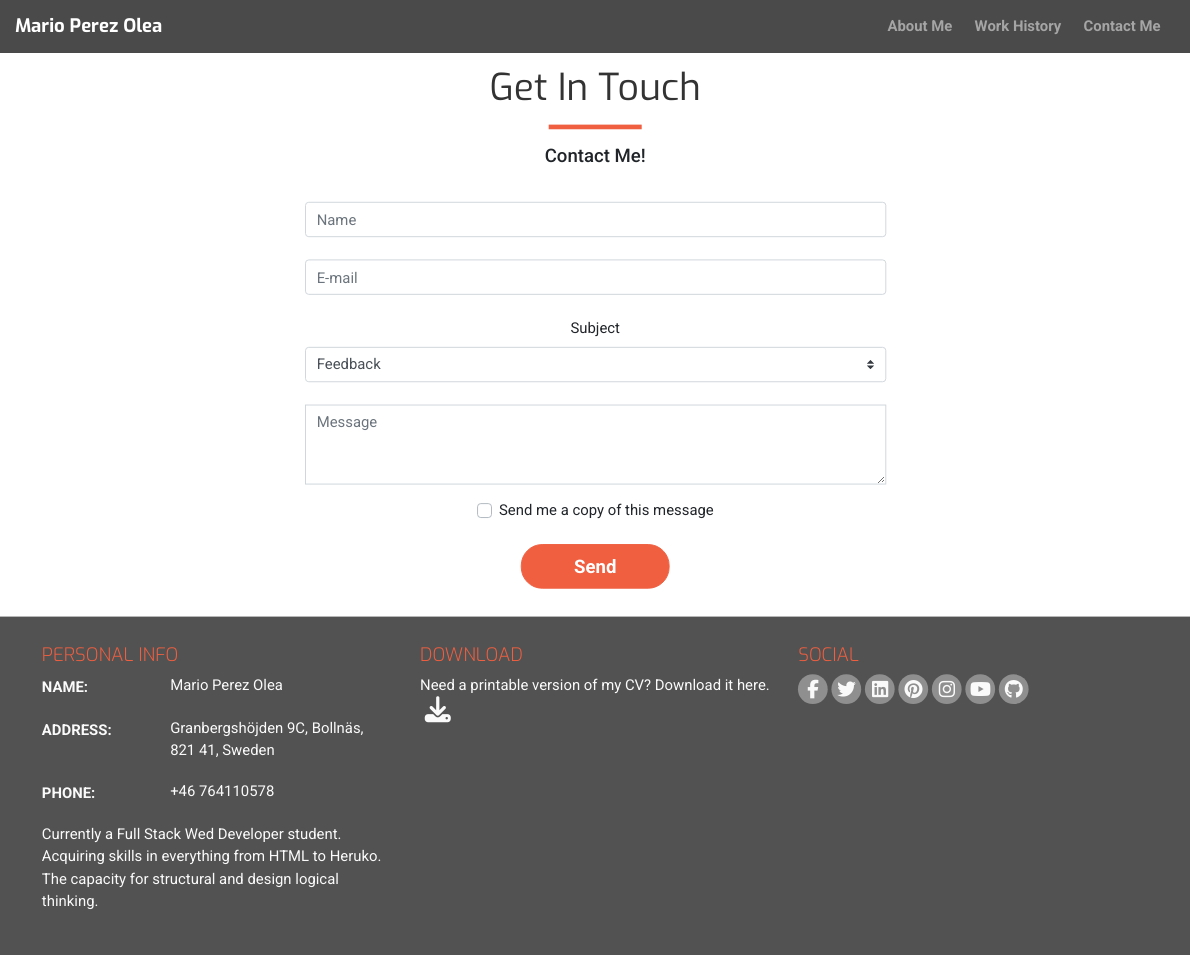
Repository: Supermario78/my-first-milestone-project
Page: contact.html
The author's editor kept a record of every edit. The page is drawn from the files as they stood at one moment, then again after the next edit.
The browser window is 1280 px wide. The pictures show the whole page, at 93% of full size.
Some web libraries are served in a nearby version.

Above is the page before.

After the next edit:
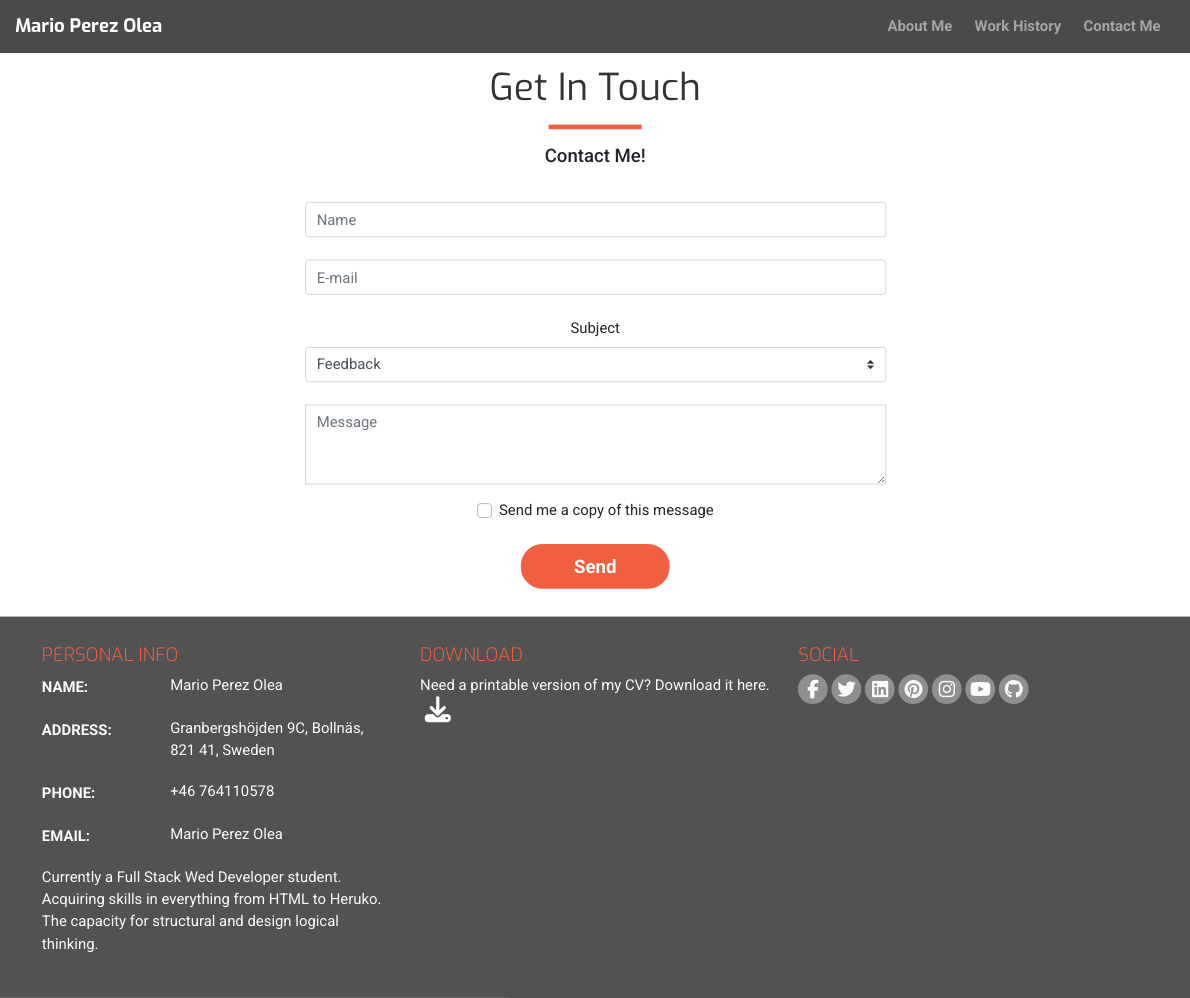
The edit:
--- a/contact.html
+++ b/contact.html
@@ -124,6 +124,18 @@
                         </p>
                     </div>
                 </div>
+                <div class="personal-info-item">
+                    <div class="key">
+                        <p class="uppercase">
+                            Email:
+                        </p>
+                    </div>
+                    <div class="value">
+                        <p>
+                           Mario Perez Olea
+                        </p>
+                    </div>
+                </div>
 
                 <p class="inline-block">
                     Currently a Full Stack Wed Developer student. Acquiring skills in everything from HTML to Heruko. The capacity for structural and design logical thinking.
